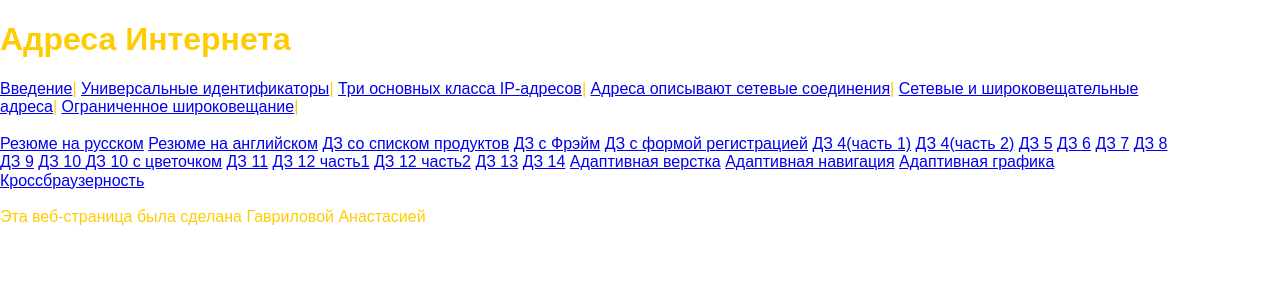
Repository: NastyaGavrilova/BeetRoot
Page: index.html
The author's editor kept a copy of each file at every save. The page is drawn from the files as they stood at one save, then again after the next save.
The browser window is 1280 px wide. The pictures show the whole page.
The style sheet was rebuilt from its Sass, Less or Tailwind sources for each picture, by a compiler version that may differ from the author's.

Above is the page before, as saved 2021-10-06 14:56:12.

After the next save:
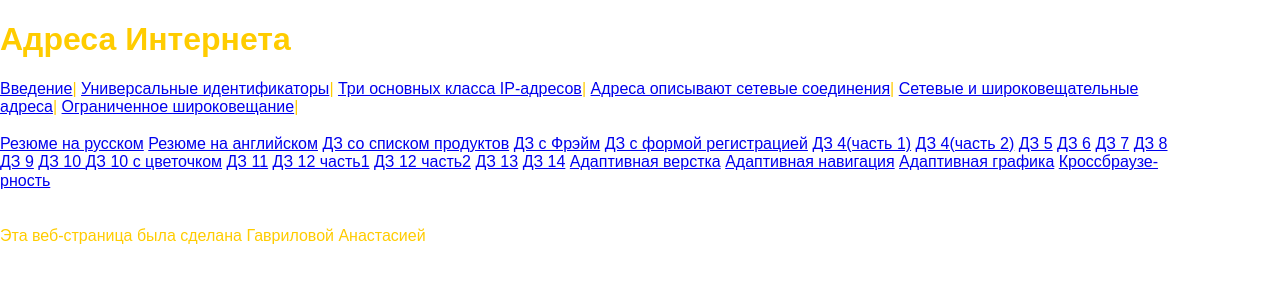
Saved 28 s later.
--- a/index.html
+++ b/index.html
@@ -116,8 +116,7 @@
         href="https://nastyagavrilova.github.io/Beetroot__adaptive__graphic/"
         class="HW19"
         target="_blank"
-        >Кроссбраузерность</a
-      >
+        >Кроссбраузе-<br>рность</br></a>
       <br /><br />
     </div>
 
